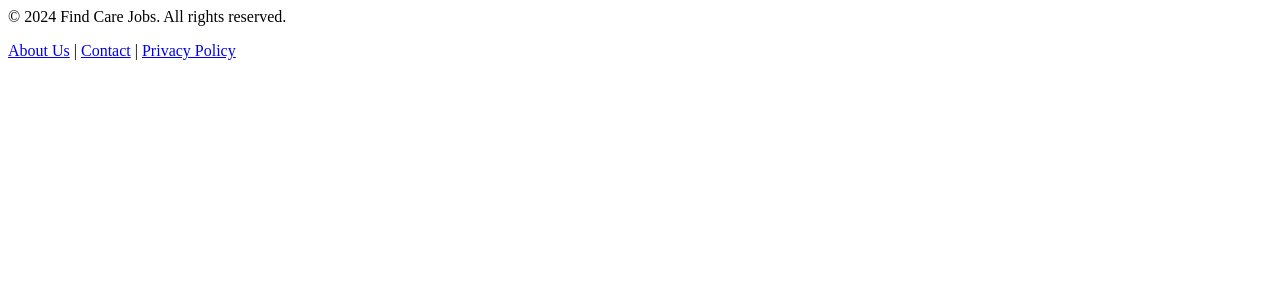
Repository: RichardCareJobs/find-care-jobs
Page: footer.html
The author's editor kept a copy of each file at every save. The page is drawn from the files as they stood at one save, then again after the next save.
The browser window is 1280 px wide. The pictures show the whole page.

Above is the page before, as saved 2025-05-11 12:25:29.

### footer.html
<footer class="global-footer">
    <p>&copy; 2024 Find Care Jobs. All rights reserved.</p>
    <nav>
        <a href="/about">About Us</a> |
        <a href="/contact">Contact</a> |
        <a href="/privacy">Privacy Policy</a>
    </nav>
</footer>

After the next save:
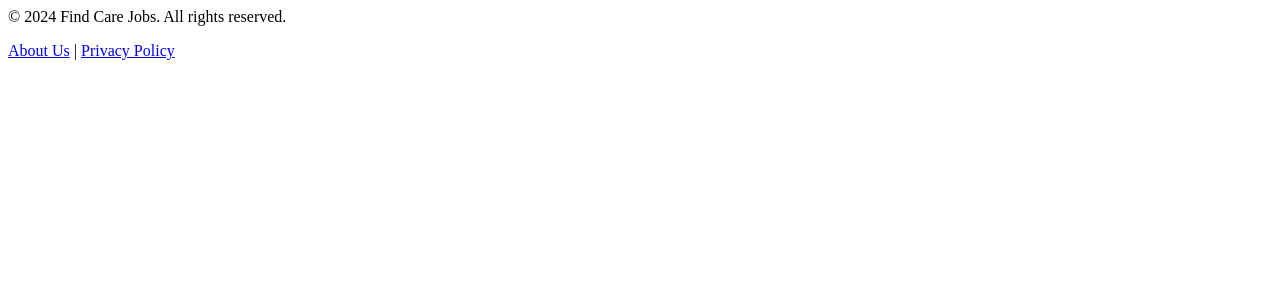
Saved 38 min 1 s later.
--- a/footer.html
+++ b/footer.html
@@ -2,7 +2,7 @@
     <p>&copy; 2024 Find Care Jobs. All rights reserved.</p>
     <nav>
         <a href="/about">About Us</a> |
-        <a href="/contact">Contact</a> |
+
         <a href="/privacy">Privacy Policy</a>
     </nav>
 </footer>
